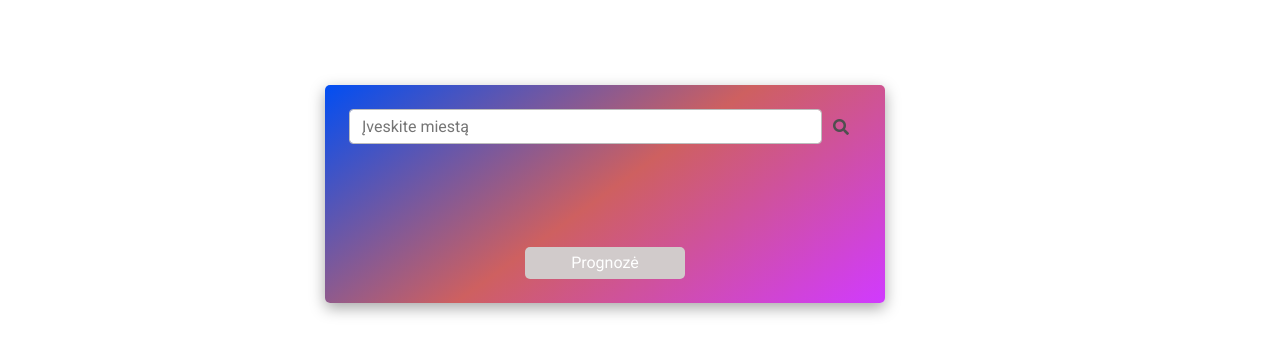
Repository: daxazz1/Weather-app
Page: index.html
These files come from the project's save history. The page is drawn as it stood at one moment and after the next save; the edit follows.
The browser window is 1280 px wide. The pictures show the whole page.
Some web fonts or font styles are not loaded; a fallback is used. Some web libraries are served in a nearby version.

Above is the page before, as saved 2021-11-08 12:31:46.

After the next save:
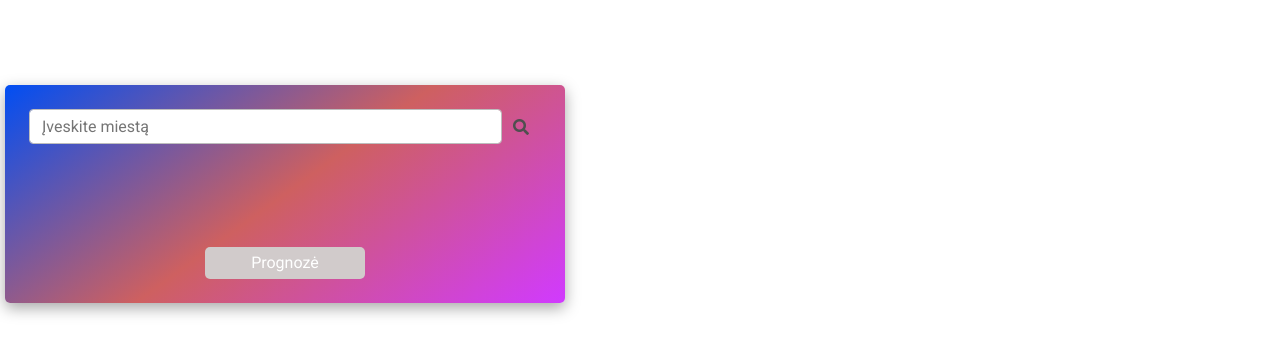
Saved 15 s later.
--- a/style.css
+++ b/style.css
@@ -3,7 +3,7 @@
   height: auto;
   display: block;
   padding-top: 5rem;
-  margin: 0 25%;
+  margin: 0 auto;
 }
 #wrapper1,
 #wrapper2 {
